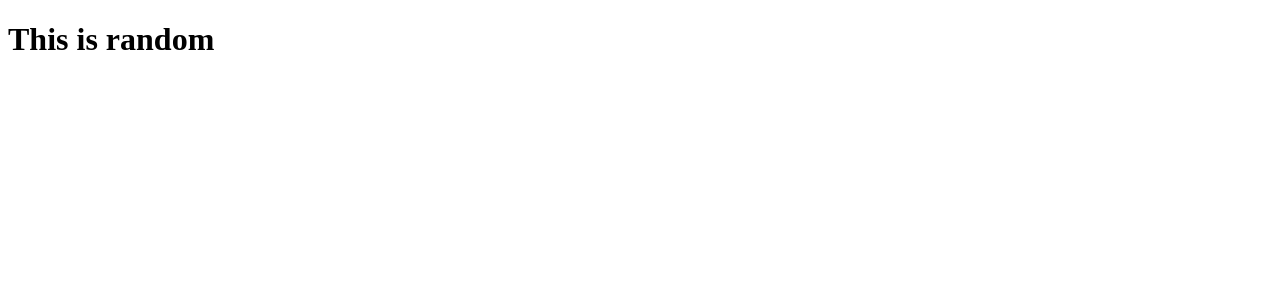
Repository: Magiciaan/pokeapi2
Page: new.html
These files come from the project's save history. The page is drawn as it stood at one moment and after the next save; the edit follows.
The browser window is 1280 px wide. The pictures show the whole page.
The page's requests for data from a server got no answer.

Above is the page before, as saved 2023-01-09 20:25:21.

After the next save:
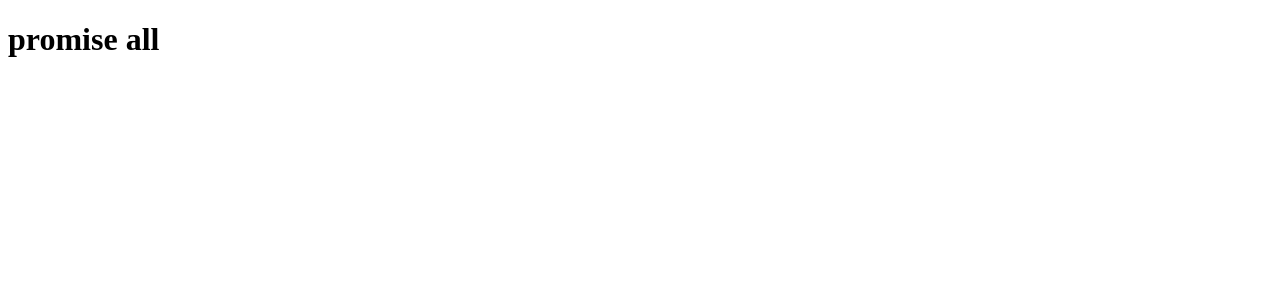
Saved 45 min 24 s later.
--- a/new.html
+++ b/new.html
@@ -8,6 +8,6 @@
     <title>Document</title>
 </head>
 <body>
-    <h1>This is random</h1>
+    <h1>promise all</h1>
 </body>
 </html>
